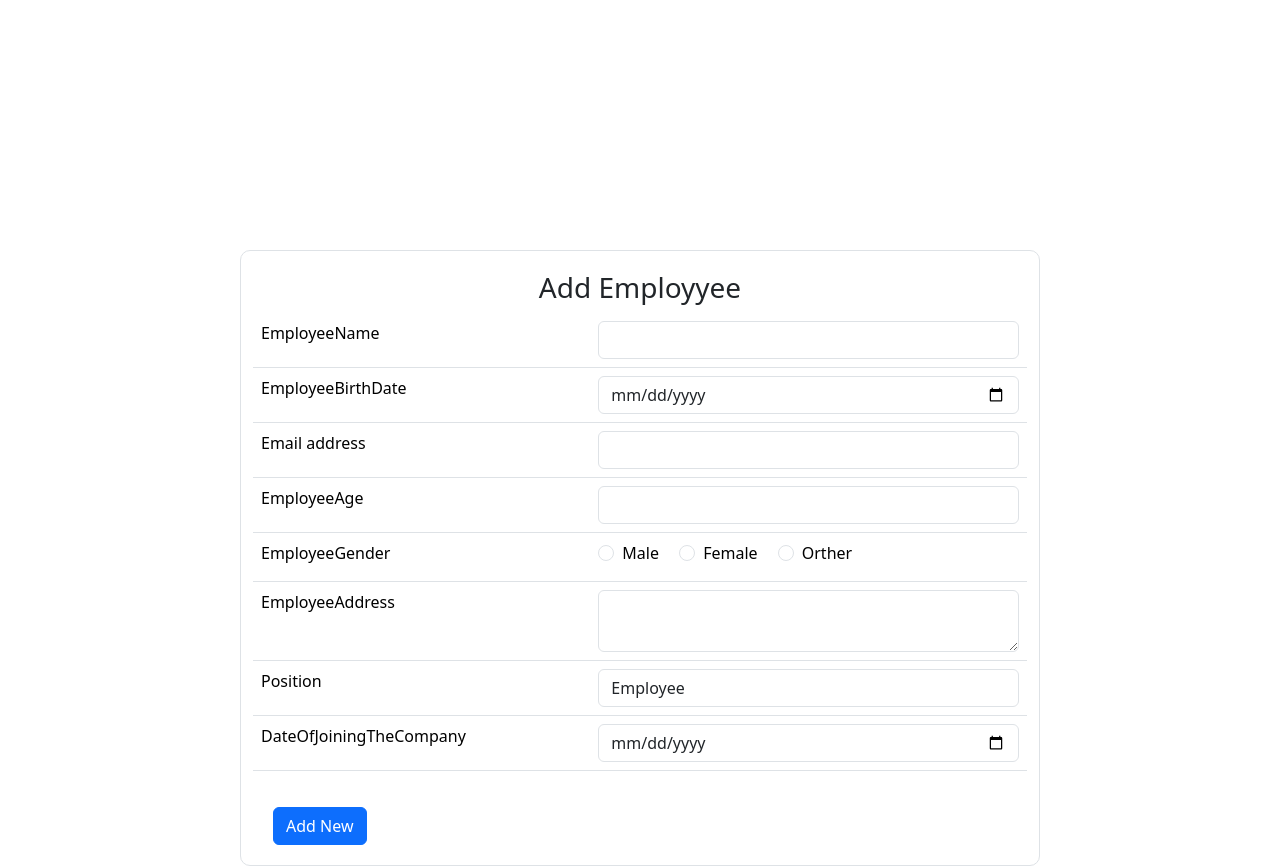
Repository: tranhuuan1703/BaiTapServlet
Page: http://localhost/bai_tap_jsp_servlet/views/Add.jsp
These files come from the project's save history. The page is drawn as it stood at one moment and after the next save; the edit follows.
The browser window is 1280 px wide. The pictures show the whole page.
Some web libraries are served in a nearby version. The page is served by Tomcat 9. Other server files are loaded and not shown.

Above is the page before, as saved 2024-08-14 08:23:20.

### bai_tap_jsp_servlet/bai_tap_jsp_servlet/src/main/webapp/views/Add.jsp
<%@ page language="java" contentType="text/html; charset=UTF-8"
   pageEncoding="UTF-8"%>
<%@ taglib prefix="c" uri="http://java.sun.com/jsp/jstl/core"%>
<!DOCTYPE html>
<html>
   <head>
      <meta charset="UTF-8">
      <title>Insert title here</title>
      <link href="https://cdn.jsdelivr.net/npm/bootstrap@5.3.3/dist/css/bootstrap.min.css"
         rel="stylesheet"
         integrity="sha384-QWTKZyjpPEjISv5WaRU9OFeRpok6YctnYmDr5pNlyT2bRjXh0JMhjY6hW+ALEwIH"
         crossorigin="anonymous">
      <script src="https://cdn.jsdelivr.net/npm/bootstrap@5.3.3/dist/js/bootstrap.bundle.min.js"
         integrity="sha384-YvpcrYf0tY3lHB60NNkmXc5s9fDVZLESaAA55NDzOxhy9GkcIdslK1eN7N6jIeHz"
         crossorigin="anonymous"></script>
      <script src="https://ajax.googleapis.com/ajax/libs/jquery/1.12.0/jquery.min.js"></script>
      <script src="https://unpkg.com/dayjs@1.8.21/dayjs.min.js"></script>
      <link href="<c:url value="/css/base.css"/>" rel="stylesheet" type="text/css" />
   </head>
   <body>


      <div class="container border" style="margin-top:250px; width:800px; border-radius: 10px;">
      	<center style="padding-top: 20px;"><h3>Add Employyee</h3></center>
         <form id="updateForm" action="addEmployeeController" method="get">
            <table class="table">

               <tr>
                  <td><label for="nameEmployee" class="form-label">EmployeeName</label></td>
                  <td>
                     <input type="text" class="form-control" id="nameEmployee" aria-describedby="emailHelp" name="nameEmployee" required="required" pattern="^[^\d]+$">
                     <span class="rq">${msgUserName}</span>
                  </td>

               </tr>
               <tr>
                  <td><label for="birthDayEmployee" class="form-label">EmployeeBirthDate</label></td>
                  <td>
                     <input type="date" class="form-control" id="birthDayEmployee" name="birthDayEmployee" required="required">
                     <span class="rq">${msgEmployeeBirthDate}</span>
                  </td>

               </tr>
               <tr>
                  <td><label for="emailEmployee" class="form-label">Email address</label></td>
                  <td>
                     <input type="email" class="form-control" id="emailEmployee" aria-describedby="emailHelp" name="emailEmployee" required="required">
                     <span class="rq">${msgEmail}</span>

                  </td>
               </tr>
               <tr>
                  <td><label for="ageEmployee" class="form-label">EmployeeAge</label></td>
                  <td>
                     <input type="number" class="form-control" id="ageEmployee" aria-describedby="emailHelp" value="" readonly name="ageEmployee">
                     <span class="rq">${msgEmployeeAge}</span>
                  </td>
               </tr>
               <tr>
                  <td><label for="inlineRadio1" class="form-label">EmployeeGender</label></td>
                  <td>
                     <div class="form-check form-check-inline">
                        <input class="form-check-input" type="radio" name="inlineRadioOptions" id="inlineRadio1" value="male">
                        <label class="form-check-label" for="inlineRadio1">Male</label>
                     </div>
                     <div class="form-check form-check-inline">
                        <input class="form-check-input" type="radio" name="inlineRadioOptions" id="inlineRadio2" value="female">
                        <label class="form-check-label" for="inlineRadio2">Female</label>
                     </div>
                     <div class="form-check form-check-inline">
                        <input class="form-check-input" type="radio" name="inlineRadioOptions" id="inlineRadio3" value="option3">
                        <label class="form-check-label" for="inlineRadio3">Orther</label>
                     </div>
                     <br>
                     <span class="rq word-wrap">${msgGender}</span>
                  </td>
               </tr>
               <tr>
                  <td><label for="addressEmployee" class="form-label">EmployeeAddress</label></td>
                  <td>
                     <textarea  class="form-control" id="addressEmployee" aria-describedby="emailHelp" name="addressEmployee"></textarea>

                  </td>
               </tr>
               <tr>
                  <td><label for="exampleInputEmail1" class="form-label">Position</label></td>
                  <td>
                     <select class="form-control" id="selection" name="position">
                        <option value="employee">Employee</option>
                        <option value="boss">Boss</option>
                     </select>
                     <span class="rq">${msgPosition}</span>
                  </td>
               </tr>
               <tr>
                  <td><label for="dateJoiningBirthday" class="form-label">DateOfJoiningTheCompany</label></td>
                  <td>
                		<input type="date" class="form-control" id="dateJoiningCompany" name="dateJoiningCompany" required="required" max="">
                     	<span class="rq">${msgDateJoinCompany}</span>
                  </td>
               </tr>
            </table>
             <div class="grid" style="padding:20px;">
            	<button type="submit" class="btn btn-primary">Add New</button>
            </div>
         </form>
      </div>
   </body>
 <script>

 $("#birthDayEmployee, #dateJoiningCompany").blur(function(){
	    const dateValue = new Date($(this).val());

	    if (isNaN(dateValue)) {
	        return '';
	    }

	    const day = String(dateValue.getDate()).padStart(2, '0');
	    const month = String(dateValue.getMonth() + 1).padStart(2, '0');
	    const year = dateValue.getFullYear();

	    var text = day + "/" + month + "/" + year;
	    $(this).attr("type","text");
	    $(this).val(text);
});


 $("#birthDayEmployee").blur(function(){

		var date1 = new Date();

		var values = $(this).val();
		var yeard = parseInt(values.substr(6, values.length));

		currentYear = date1.getFullYear();

		age = currentYear - yeard;
		$("#ageEmployee").val(age);
	});

	$("#updateForm").submit(function(){

		$("#inputEmployeeId").disabled = false;


	})




	$("form").on('submit', function(){

	  var inputDate = new Date(document.getElementById('dateJoiningCompany').value);
	  var today = new Date();


	  var isConfirmed = confirm("Bạn có chắc muốn thêm nhân viên này?");

	  if (!isConfirmed){
		  event.preventDefault();
	  }
	})


	// Lấy ngày hiện tại
    var today = new Date().toISOString().split('T')[0];
    // Đặt giá trị max của input là ngày hiện tại
    document.getElementById('dateJoiningCompany').setAttribute('max', today);
    // Thiết lập giá trị max là ngày hiện tại
    document.getElementById('dateJoiningCompany').max = new Date().toISOString().split("T")[0];

    /*function formatDate() {
        const dateInput = document.getElementById('dateJoiningCompany').value;
        if (dateInput) {
            const [year, month, day] = dateInput.split("-");
            const formattedDate = `${day}/${month}/${year}`;
            document.getElementById('dateJoiningCompany').value = formattedDate;
            return;
        }
    }*/
 </script>

</html>

### bai_tap_jsp_servlet/bai_tap_jsp_servlet/src/main/webapp/css/base.css
@charset "UTF-8";



	/* styles.css */


/* Phong cách cơ bản của popup */
.popup {
    display: none; /* Ẩn popup mặc định */
    position: fixed;
    z-index: 1;
    left: 0;
    top: 0;
    width: 100%;
    height: 100%;
    overflow: auto;
    background-color: rgba(0, 0, 0, 0.5); /* Màu nền mờ */
}

/* Nội dung của popup */
.popup-content {
    background-color: white;
    margin: 15% auto; /* Căn giữa */
    padding: 20px;
    border: 1px solid #888;
    width: 80%;
    max-width: 700px; /* Giới hạn chiều rộng */
}

/* Nút đóng popup */
.close-btn {
    color: #aaa;
    float: right;
    font-size: 28px;
    font-weight: bold;
}

.close-btn:hover,
.close-btn:focus {
    color: black;
    text-decoration: none;
    cursor: pointer;
}


.intro {
  height: 100%;
}

table td,
table th {
  text-overflow: ellipsis;
  white-space: nowrap;
  overflow: hidden;
}

thead th {
  color: #fff;
}

.card {
  border-radius: .5rem;
}

.table-scroll {
  border-radius: .5rem;
}

.table-scroll table thead th {
  font-size: 1.25rem;
}
thead {
  top: 0;
  position: sticky;
}

/* bao loi */
.rq{
		color: red;
	}

After the next save:
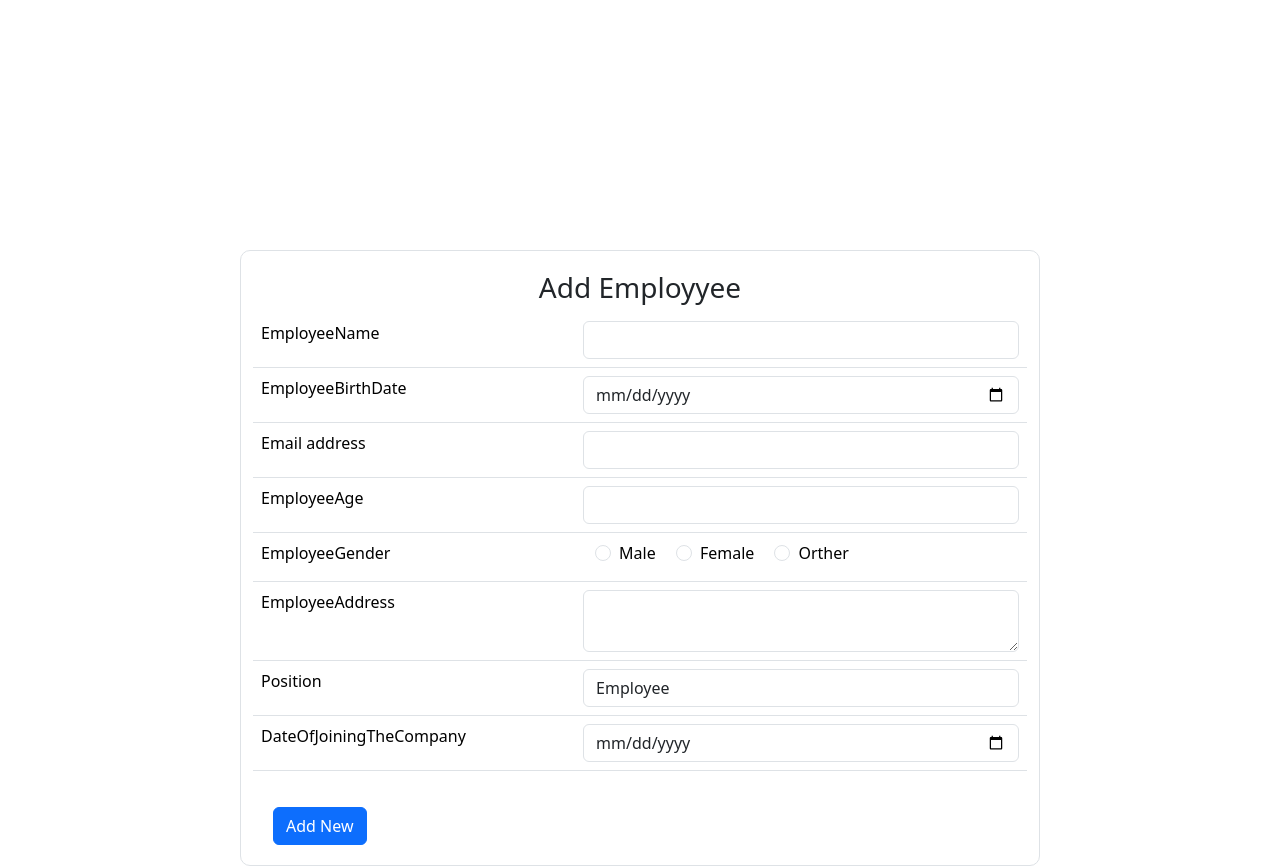
Saved 49 s later.
--- a/bai_tap_jsp_servlet/bai_tap_jsp_servlet/src/main/webapp/views/Add.jsp
+++ b/bai_tap_jsp_servlet/bai_tap_jsp_servlet/src/main/webapp/views/Add.jsp
@@ -59,20 +59,25 @@
                <tr>
                   <td><label for="inlineRadio1" class="form-label">EmployeeGender</label></td>
                   <td>
-                     <div class="form-check form-check-inline">
-                        <input class="form-check-input" type="radio" name="inlineRadioOptions" id="inlineRadio1" value="male">
-                        <label class="form-check-label" for="inlineRadio1">Male</label>
+                  	<div class="container">
+                  		<div class="form-check form-check-inline">
+	                        <input class="form-check-input" type="radio" name="inlineRadioOptions" id="inlineRadio1" value="male">
+	                        <label class="form-check-label" for="inlineRadio1">Male</label>
+	                     </div>
+	                     <div class="form-check form-check-inline">
+	                        <input class="form-check-input" type="radio" name="inlineRadioOptions" id="inlineRadio2" value="female">
+	                        <label class="form-check-label" for="inlineRadio2">Female</label>
+	                     </div>
+	                     <div class="form-check form-check-inline">
+	                        <input class="form-check-input" type="radio" name="inlineRadioOptions" id="inlineRadio3" value="option3">
+	                        <label class="form-check-label" for="inlineRadio3">Orther</label>
+	                     </div>
+                  	</div>
+
+                     <div>
+                     <span class="rq word-wrap">${msgGender}</span>
                      </div>
-                     <div class="form-check form-check-inline">
-                        <input class="form-check-input" type="radio" name="inlineRadioOptions" id="inlineRadio2" value="female">
-                        <label class="form-check-label" for="inlineRadio2">Female</label>
-                     </div>
-                     <div class="form-check form-check-inline">
-                        <input class="form-check-input" type="radio" name="inlineRadioOptions" id="inlineRadio3" value="option3">
-                        <label class="form-check-label" for="inlineRadio3">Orther</label>
-                     </div>
-                     <br>
-                     <span class="rq word-wrap">${msgGender}</span>
+
                   </td>
                </tr>
                <tr>
